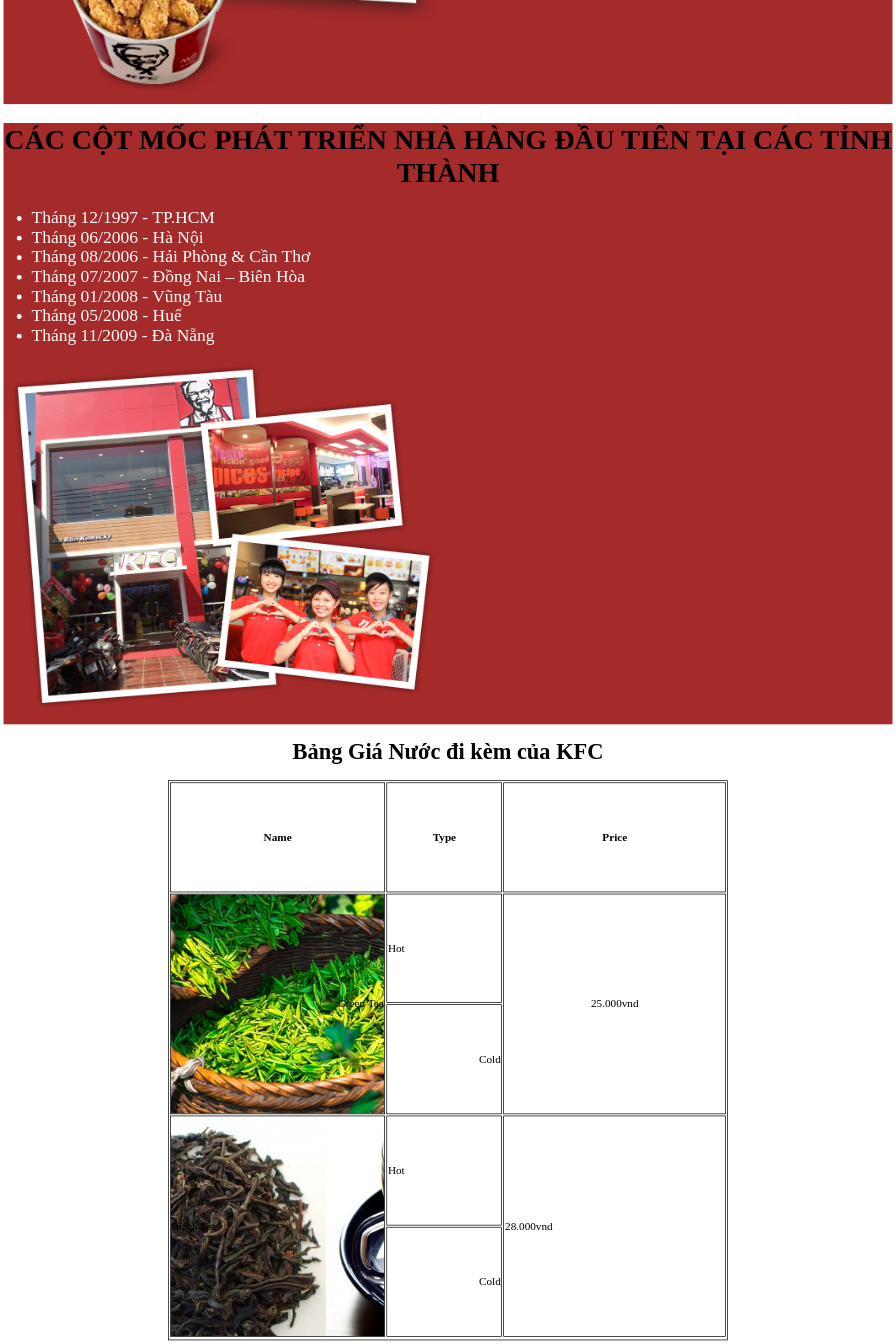
Repository: giahuy405/BC38__-BaiTapHTML_KFC__Pham_Gia_Huy
Page: index.html
The author's editor kept a copy of each file at every save. The page is drawn from the files as they stood at one save, then again after the next save.
The browser window is 1280 px wide. The pictures show the part of the page from y = 1044 to 2964 px (the page is 2964 px tall), at 70% of full size.

Above is the page before, as saved 2022-09-06 20:06:13.

### index.html
<!DOCTYPE html>
<html lang="en">
<head>
    <meta charset="UTF-8">
    <meta http-equiv="X-UA-Compatible" content="IE=edge">
    <meta name="viewport" content="width=device-width, initial-scale=1.0">
    <title>Document</title>
    <link rel="stylesheet" href="./css/index.css">
</head>
<body>
    <header>
        <img src="./img/logo.png" alt="">
        <h1>KFC</h1>
    </header>
    <nav>
        <ul>
            <li><a href="#">Giới thiệu</a></li>
            <li><a href="#">Phát Triển</a></li>
            <li><a href="#">Đi tới trang Tin tức</a></li>
            <li><a href="#">Đi tới trang Khuyến mãi</a></li>
        </ul>
    </nav>
    <div class="introduce-KFC">
        <h1>Giới thiệu KFC</h1>

        <p>KFC là cụm từ viết tắt của Kentucky Fried Chicken - Gà Rán Kentucky, một trong các thương hiệu thuộc Tập đoàn Yum Brands Inc (Hoa Kỳ). KFC chuyên về các sản phẩm gà rán và nướng, với các món ăn kèm theo và các loại sandwiches chế biến từ thịt gà tươi. Hiện nay đang có hơn 20.000 nhà hàng KFC tại 109 quốc gia và vùng lãnh thổ trên toàn thế giới.
        <br>
            <span><i style="color:black;"><b>KFC nổi tiếng thế giới với công thức chế biến gà rán truyền thống Original Recipe, được tạo bởi cùng một công thức pha trộn bí mật 11 loại thảo mộc và gia vị khác nhau do Đại tá Harland Sanders hoàn thiện hơn nửa thế kỷ trước.</b></i></span> Ngoài thực đơn gà rán, KFC còn đa dạng hóa sản phẩm tạo nên thực đơn vô cùng phong phú dành cho người tiêu dùng trên toàn thế giới có thể thưởng thức hơn 300 món ăn khác nhau từ món gà nướng tại thị trường Việt Nam cho tới sandwich cá hồi tại Nhật Bản.
        </p>
        <img style="width:50%" src="./img/about-pic-1.png" alt="">
    </div>

    <div class="branch-KFC">
        <h1>CÁC CỘT MỐC PHÁT TRIỂN NHÀ HÀNG ĐẦU TIÊN TẠI CÁC TỈNH THÀNH</h1>

        <ul>
            <li>Tháng 12/1997 - TP.HCM</li>
            <li>Tháng 06/2006 - Hà Nội</li>
            <li>Tháng 08/2006 - Hải Phòng & Cần Thơ</li>
            <li>Tháng 07/2007 - Đồng Nai – Biên Hòa</li>
            <li>Tháng 01/2008 - Vũng Tàu</li>
            <li>Tháng 05/2008 - Huế</li>
            <li>Tháng 11/2009 - Đà Nẵng</li>
        </ul>
        <img style="width:50%" src="./img/about-pic-3.png" alt="">

    </div>

    <div class="menu-water">
        <h1>Bảng Giá Nước đi kèm của KFC</h1>

        <table>
            <tr>
                <th colspan="2">Name</th>
                <th>Type</th>
                <th>Price</th>
            </tr>
            <tr>
                <td colspan="2" rowspan="2"  style="background-image: url(./img/greentea.jpg); text-align:right">
                      Green Tea
                </td>
                <td>Hot</td>
                <td rowspan="2" align="center">25.000vnd</td>
            </tr>
            <tr>
                <td align="right">Cold</td>
            </tr>
            <tr>
                <td colspan="2" rowspan="2" style="background-image:url(./img/blacktea.jpg)">Black Tea</td>
                <td>Hot</td>
                <td rowspan="2">28.000vnd</td>
            </tr>
            <tr>
                <td style="text-align:right">Cold</td>
            </tr>
            <tr>

            </tr>
        </table>
    </div>
</body>
</html>

### css/index.css
*{
    box-sizing: border-box;
}
body{
    padding: 0;
    margin: 5px;
}
header img{
    width: 100px;
}
header h1{
    background-color: red;
    color: white;
}
nav ul{
    list-style: none;
    padding: 0;
}
nav ul li a{
    font-size: 20px;
    color: blue;
}
.introduce-KFC{
    background-color: #a52a2a;
}
.introduce-KFC h1{
    text-align:center ;
    font-size: 40px;
    color: white;
}
.introduce-KFC p{
    font-size: 30px;
    color: white;
    text-align: justify;
}
.branch-KFC{
    background-color: #a52a2a;
}
.branch-KFC h1{
    font-size: 40px;
    text-align: center;
}
.branch-KFC ul li{
    font-size: 25px;
    color: white;
}
.menu-water h1{
    text-align: center;
}
.menu-water table,th,td{

    border: 1px solid black;
}
.menu-water table{
    width: 800px;
    height: 800px;
    margin: 0 auto;
}

After the next save:
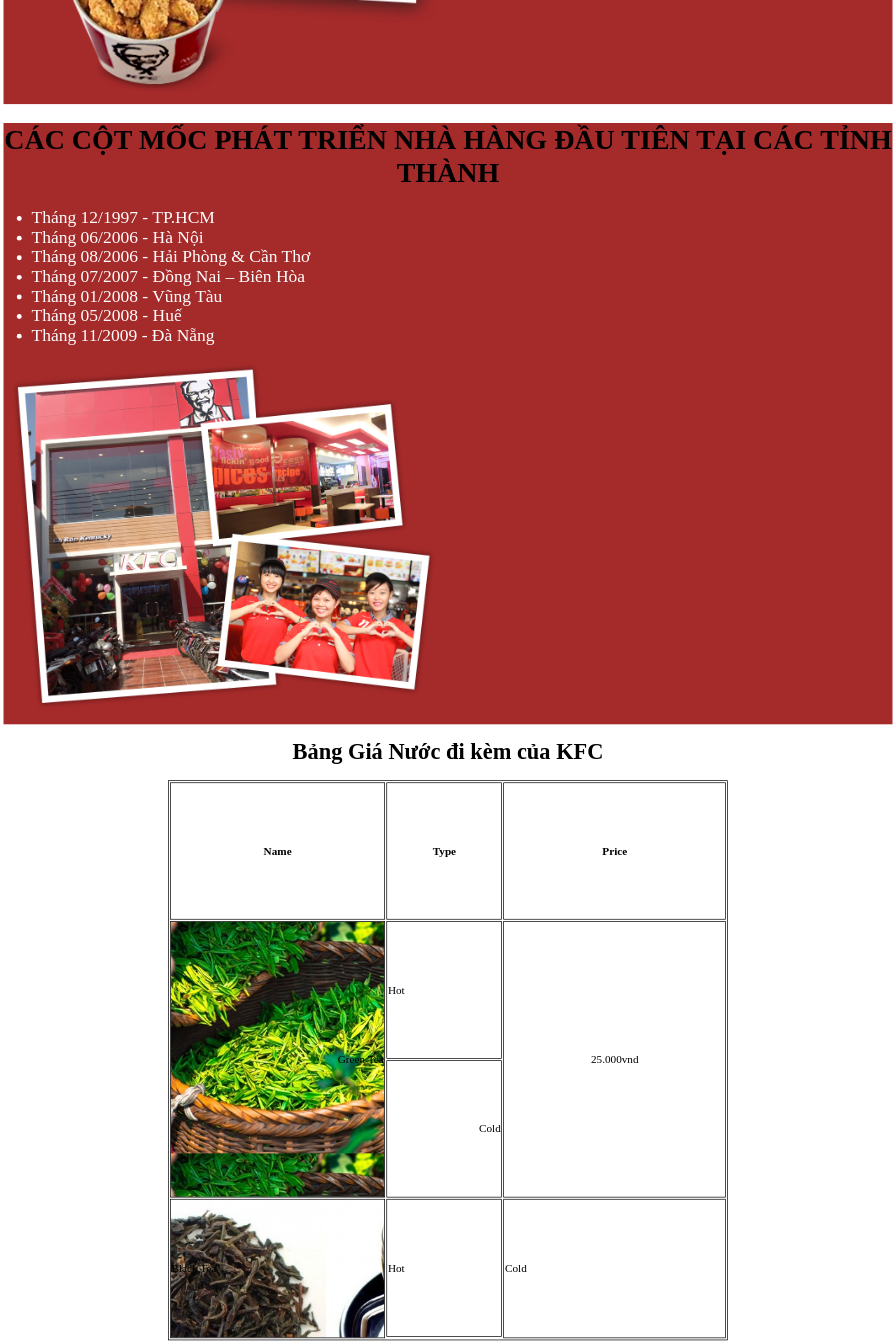
Saved 2 min 25 s later.
--- a/index.html
+++ b/index.html
@@ -68,7 +68,7 @@
             <tr>
                 <td colspan="2" rowspan="2" style="background-image:url(./img/blacktea.jpg)">Black Tea</td>
                 <td>Hot</td>
-                <td rowspan="2">28.000vnd</td>
+                <td rowspan="2" align="center>28.000vnd</td>
             </tr>
             <tr>
                 <td style="text-align:right">Cold</td>

After the save that followed:
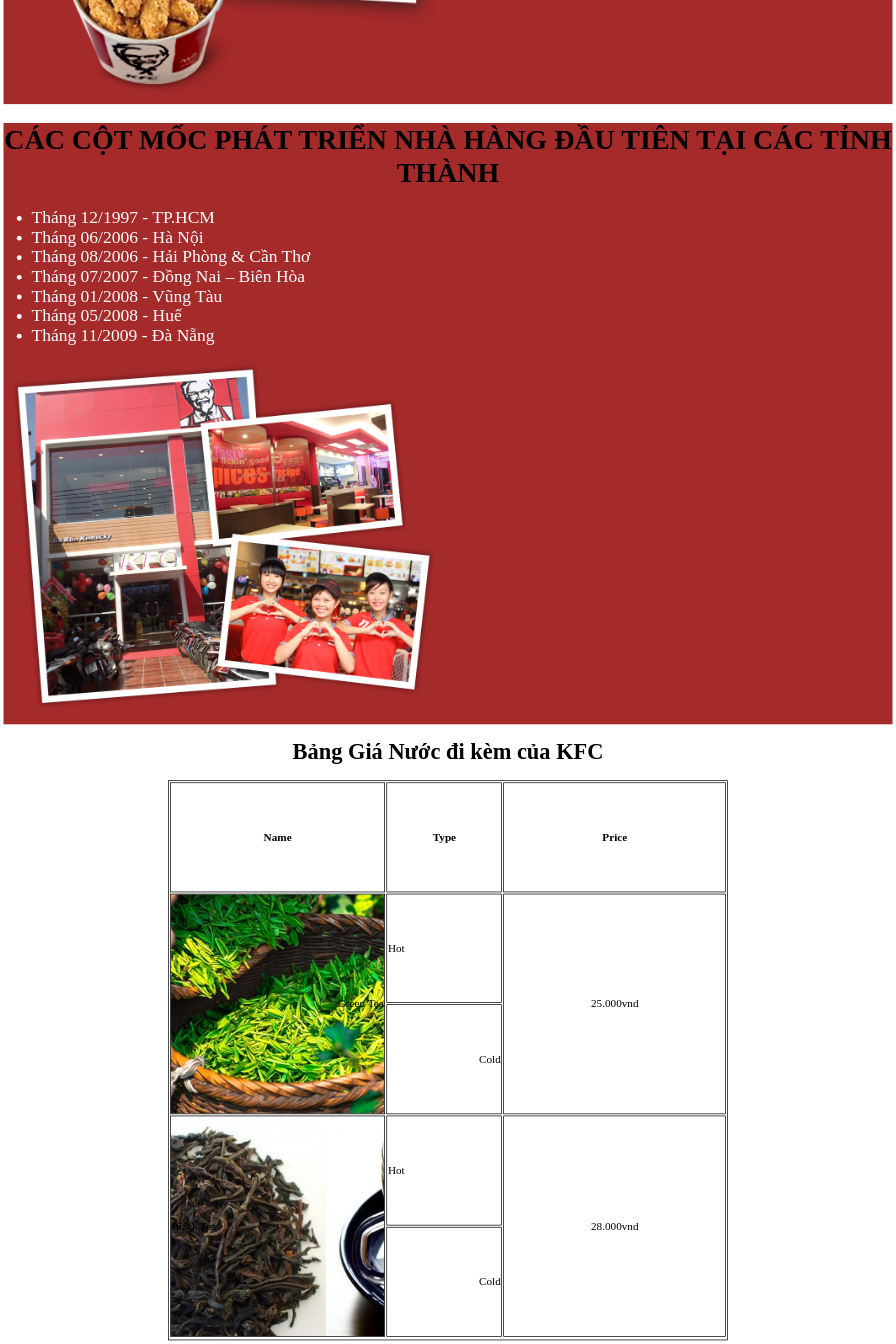
Saved 5 s later.
--- a/index.html
+++ b/index.html
@@ -68,7 +68,7 @@
             <tr>
                 <td colspan="2" rowspan="2" style="background-image:url(./img/blacktea.jpg)">Black Tea</td>
                 <td>Hot</td>
-                <td rowspan="2" align="center>28.000vnd</td>
+                <td rowspan="2" align="center">28.000vnd</td>
             </tr>
             <tr>
                 <td style="text-align:right">Cold</td>
